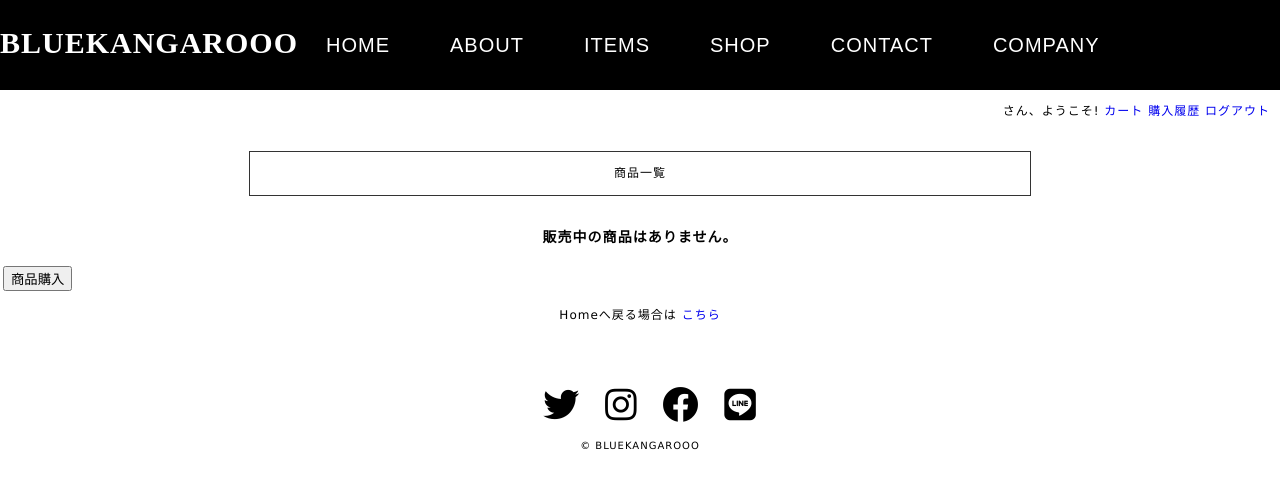
Repository: xiezom/test
Page: http://localhost/ecsite/items.jsp
An editor plug-in stored every save of this project. The page is shown before and after the next save, followed by the edit.
The browser window is 1280 px wide. The pictures show the whole page.
Some web libraries are served in a nearby version. The page is served by Tomcat 9. Other server files are loaded and not shown.

Above is the page before, as saved 2019-03-29 02:41:34.

### ecsite/WebContent/items.jsp
<%@ page language="java" contentType="text/html; charset=UTF-8"
    pageEncoding="UTF-8"%>
<%@ taglib prefix="s" uri="/struts-tags"%>
<!DOCTYPE html>
<html>
<head>

	<meta http-equiv="Content-Type" content="text/html; charset=utf8"/>
	<meta http-equiv="Content-Style-Type" content="text/css"/>
	<meta http-equiv="Content-Script-Type" content="text/javascript"/>
	<meta http-equiv="imagetoolbar" content="no">
	<meta name="description" content=""/>
	<meta name="keywords" content=""/>

	<title>Items画面</title>

	<link rel="stylesheet" type="text/css" href="./css/items_style.css">
	<link rel="stylesheet" href="https://use.fontawesome.com/releases/v5.8.1/css/all.css">

</head>
<body>

	<div class="header">
		<h1 class="logo">BLUEKANGAROOO</h1>
		<ul>
            <li><a href='<s:url action="GoHomeAction"/>'>HOME</a></li>
            <li><a href="">ABOUT</a></li>
            <li><a href='<s:url action="HomeAction"/>'>ITEMS</a></li>
            <li><a href="">SHOP</a></li>
            <li><a href="">CONTACT</a></li>
            <li><a href="">COMPANY</a></li>
        </ul>
	</div>
	<div>
    <p class="welcome">
	        <s:property value="session.user_name"/>さん、ようこそ!
	        <a href='<s:url action="MyCartAction"/>'>カート</a>
	        <a href='<s:url action="MyPageAction" />'>購入履歴</a>
	        <a href='<s:url action="LogoutAction" />'>ログアウト</a>
    </p>
	</div>
	<div class="main">
		<div class="top">
			<p>商品一覧</p>
		</div>
		<div class="main-container">
			<div>
			<s:if test="itemListDTOList == null">
				<h3>販売中の商品はありません。</h3>
			</s:if>
			<s:elseif test="message == null">
			<table class="item">
				<s:iterator value="itemListDTOList">
					<th>
					  	<a  href='<url action="ItemsAction"/>'><s:property value="itemName"/><br/>
					   	<s:property value="itemPrice"/><span>円</span></a>
					</th>
				</s:iterator>
			</table>
			</s:elseif>
		</div>
			<s:form action="BuyItemAction">
				<s:submit value="商品購入"/>
			</s:form>
		</div>
		<div class="text-link">
			<p>Homeへ戻る場合は
				<a href='<s:url action="GoHomeAction"/>'>こちら</a></p>
		</div>
	</div>

	<div class="footer">
	<nav>
		<ul class="social">
			<li><a href="" target="_blank"><i class="fab fa-twitter fa-3x"></i></a>
			</li>
			<li><a href="" target="_blank"><i class="fab fa-instagram fa-3x"></i></a>
			</li>
			<li><a href="" target="_blank"><i class="fab fa-facebook fa-3x"></i></a>
			</li>
			<li><a href="" target="_blank"><i class="fab fa-line fa-3x"></i></a>
			</li>
		</ul>
	</nav>
		<p class="copy"><small>&copy; BLUEKANGAROOO</small></p>
	</div>


</body>
</html>

### ecsite/WebContent/css/items_style.css
@CHARSET "UTF-8";


		body {
			margin: 0;
			padding: 0;
			line-height: 1.6;
			letter-spacing: 1px;
			font-family: Verdana,Helvetica,sans-serif;
			font-size: 12px;
			background: #fff;
		}

		a {
			text-decoration: none;
		}


		ul {
			list-style-type: none;
		}

		.top {
			width: 780px;
			margin: 30px auto;
			border: 1px solid #333;
		}

		.header {
			width: 100%;
			height: 90px;
			background-color: black;
			overflow: hidden;
		}

		.logo {
			margin-top: -2px;
			float: left;
			width: 20%;
			line-height: 90px;
			color: white;
			font-family: robot;
			font-size: 30px;
		}

		.header ul {
			text-align: center;
			float: left;
			margin: 0 auto;
		}

		.header ul li {
		    float: left;
		    padding-left: 30px;
		    padding-right: 30px;
		    line-height: 90px;
		    font-size: 20px;
		    font-family: 游ゴシック, YuGothic, meiryo, sans-serif;
		    color: #fff;
		}

		.header ul li a::after {
			position: absolute;
			bottom: -4px;
			left: 0;
			content: '';
			width: 100%;
			height: 2px;
			background: #333;
			transform: scale(0, 1);
			transform-origin: center top;
			transition: transform .3s;
		}

		.header ul li a {
			color: white;
		}

		.header ul li a:visited {
			color: white;
		}

		.welcome a:hover::after {
			  transform: scale(1, 1);
		}

		.welcome {
			text-align: right;
			margin-right: 10px;
		}

		.welcome a	{
			position: relative;
  			display: inline-block;
  			text-decoration: none;
		}

		.welcome a::after {
			position: absolute;
			bottom: -4px;
			left: 0;
			content: '';
			width: 100%;
			height: 2px;
			background: #333;
			transform: scale(0, 1);
			transform-origin: center top;
			transition: transform .3s;
		}

		.welcome a:hover::after {
			  transform: scale(1, 1);
		}

		.main {
			clear: both;
			width: 100%;
			height: auto;
			text-align: center;
		}

		.main-container {
			width: 100%;
			height: auto;
		}

		.item {
			margin:0 auto;
		}

		.item th {
			height: 150px;
			width: 200px;
			overflow: hidden;
		}

		.item th a {
			margin: -75px -100px;
			padding: 75px 100px;
		}

		.text-link {
			display: inline-block;
			text-align: right;
		}

		.footer {
			margin-top: 50px;
			width:100%;
			height: 80px;
			clear: both;
			text-align: center;
		}

		.sosial {
			text-align: center;
		}
		.social li {
			display: inline-block;
			margin-right: 20px;
		}

		.fab {
			color: black;
		}

		.copy {
			clear: both;
			text-align: center;
		}

After the next save:
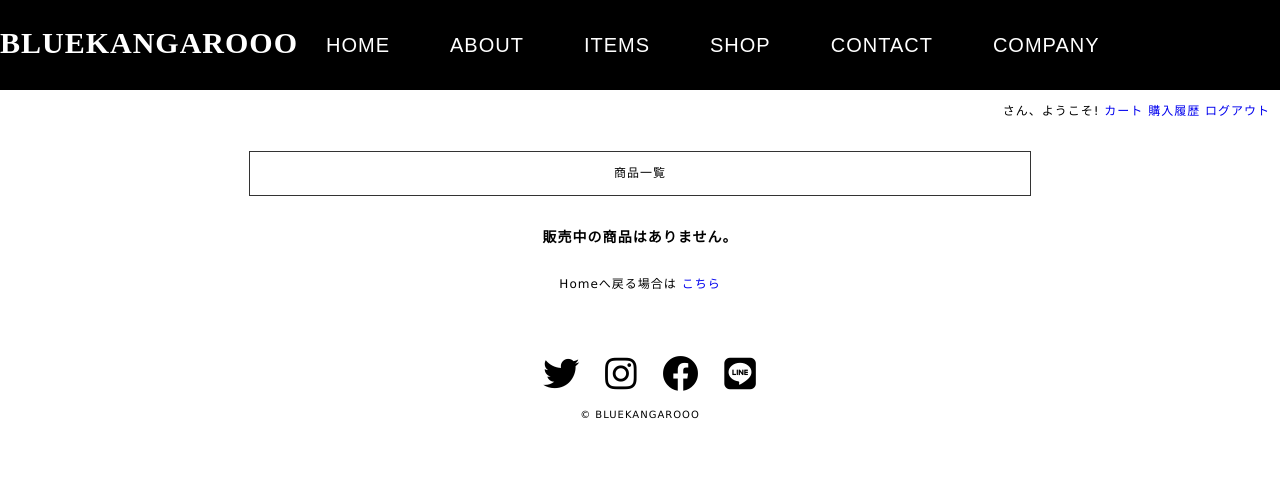
Saved 93 s later.
--- a/ecsite/WebContent/items.jsp
+++ b/ecsite/WebContent/items.jsp
@@ -52,16 +52,12 @@
 			<table class="item">
 				<s:iterator value="itemListDTOList">
 					<th>
-					  	<a  href='<url action="ItemsAction"/>'><s:property value="itemName"/><br/>
+					  	<a  href='<url action="HomeAction"/>'><s:property value="itemName"/><br/>
 					   	<s:property value="itemPrice"/><span>円</span></a>
 					</th>
 				</s:iterator>
 			</table>
 			</s:elseif>
-		</div>
-			<s:form action="BuyItemAction">
-				<s:submit value="商品購入"/>
-			</s:form>
 		</div>
 		<div class="text-link">
 			<p>Homeへ戻る場合は
